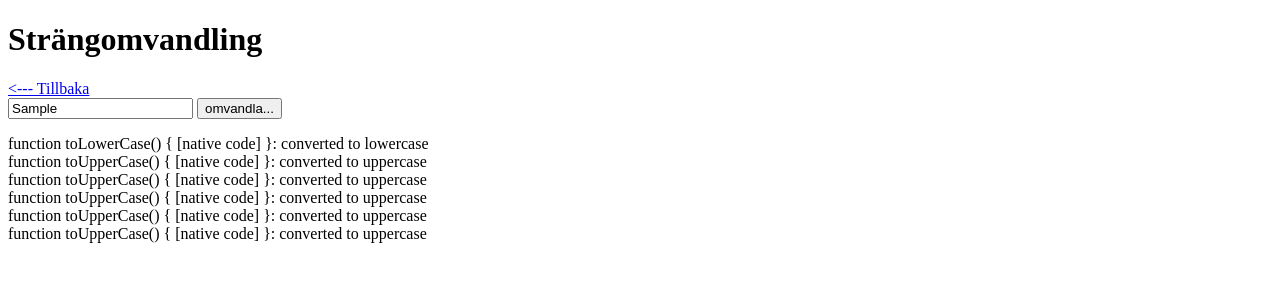
Repository: LindaOtt/1dv403-lo222hd-laborationer
Page: 1-vandalen/strings/index.html
The author's editor kept a record of every edit. The page is drawn from the files as they stood at one moment, then again after the next edit.
The browser window is 1280 px wide. The pictures show the whole page.
Empty fields were first filled with sample values (such as "Sample", 5 or name@example.com).
After loading, the first visible `#send` was clicked once.

Above is the page before.

After the next edit:
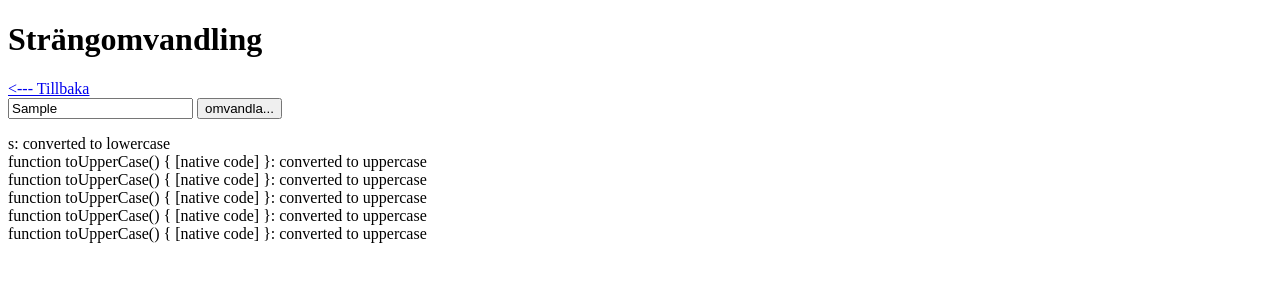
The edit:
--- a/1-vandalen/strings/script.js
+++ b/1-vandalen/strings/script.js
@@ -15,7 +15,7 @@
 		    if (str[i] === str[i].toUpperCase()
 		        && str[i] !== str[i].toLowerCase()) {
 
-		        message = message + str[i].toLowerCase + ": converted to lowercase<br>";
+		        message = message + str[i].toLowerCase() + ": converted to lowercase<br>";
 		    } else {
 		        message = message + str[i].toUpperCase + ": converted to uppercase<br>";
 		    }
